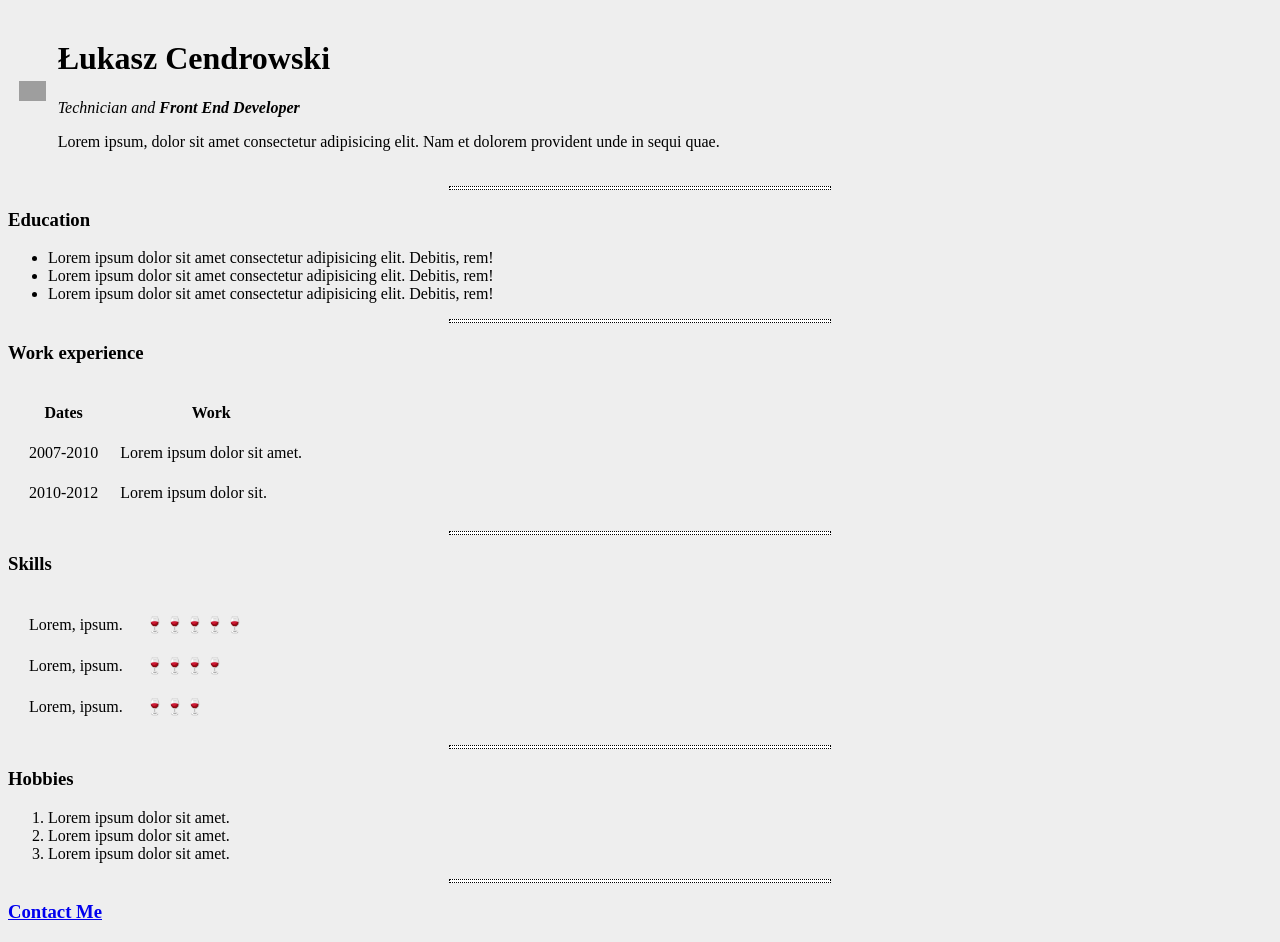
Repository: Isanderr/simple_landing_page-1
Page: index.html
These files come from the project's save history. The page is drawn as it stood at one moment and after the next save; the edit follows.
The browser window is 1280 px wide. The pictures show the whole page.
Pictures or frames that could not be fetched are drawn as grey boxes.

Above is the page before, as saved 2019-01-29 11:41:05.

After the next save:
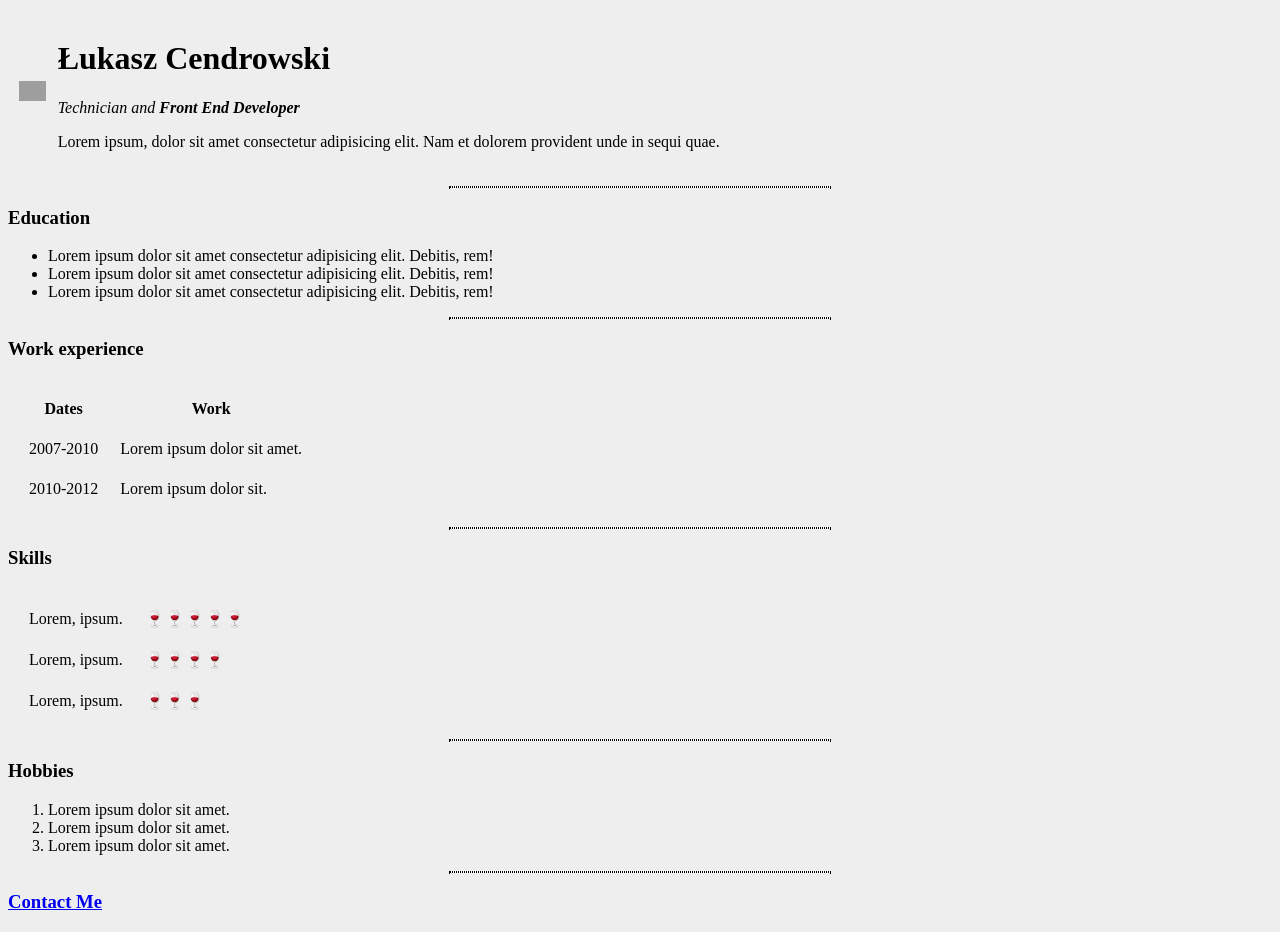
Saved 35 s later.
--- a/index.html
+++ b/index.html
@@ -14,7 +14,6 @@
             hr {
                 background-color: white;
                 border-style: dotted;
-                height: 2px;
                 width: 30%;
             }
 
